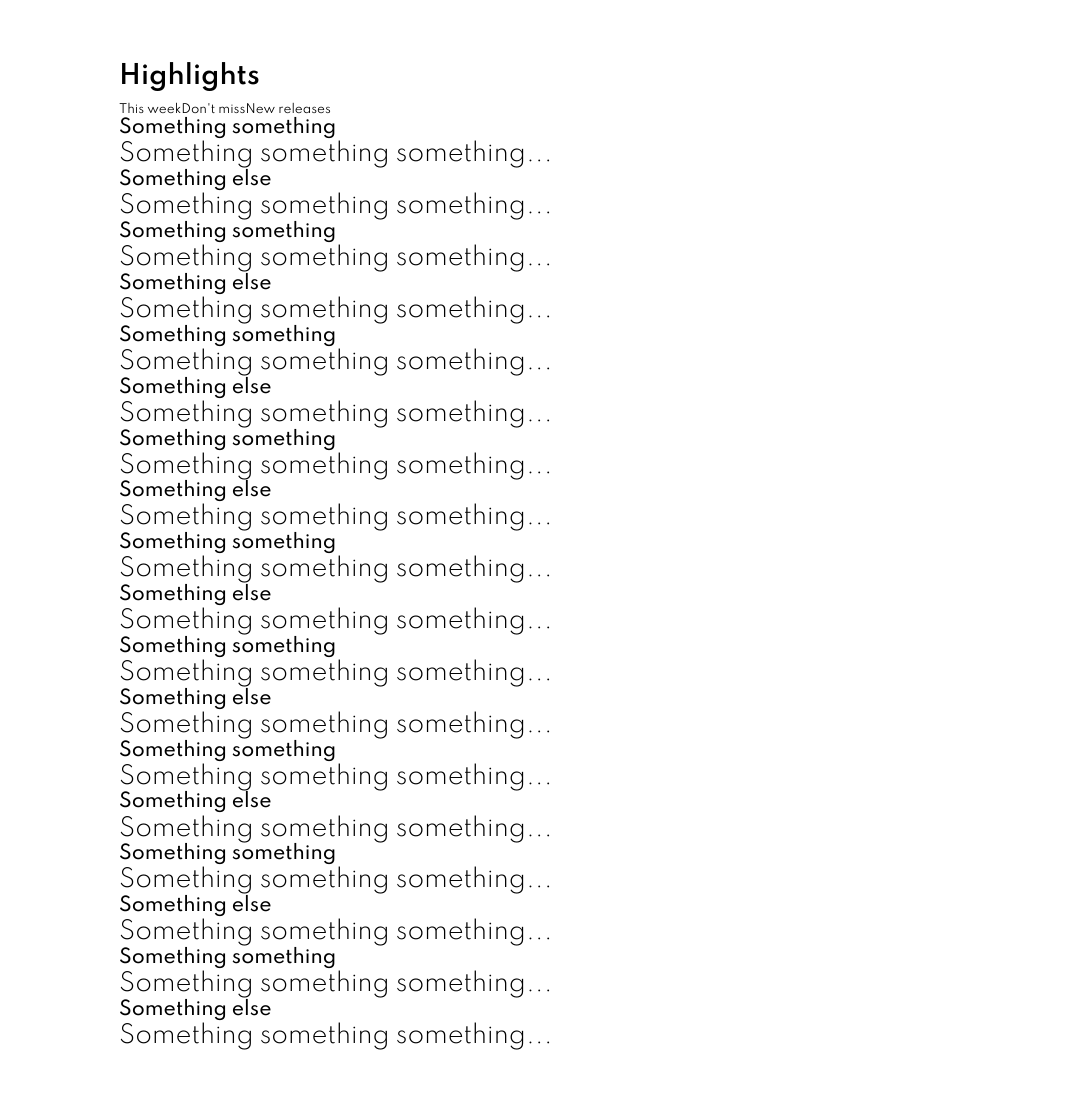
Repository: vvogt/fameworks_vv
Page: /
These files come from the project's save history. The page is drawn as it stood at one moment and after the next save; the edit follows.
The browser window is 1280 px wide. The pictures show the part of the page from y = 607 to 1903 px (the page is 1903 px tall), at 85% of full size.
Pictures or frames that could not be fetched are drawn as grey boxes. The project was rebuilt for these pictures with package versions that can differ from the ones it lists, and the page was loaded fresh each time. Also part of the build but not shown: src/components/NotFound.js. Imported but missing from the stored project, and not drawn on this page: src/assets/videos/seald_fullhd.mp4.

Above is the page before, as saved 2020-03-28 17:32:51.

After the next save:
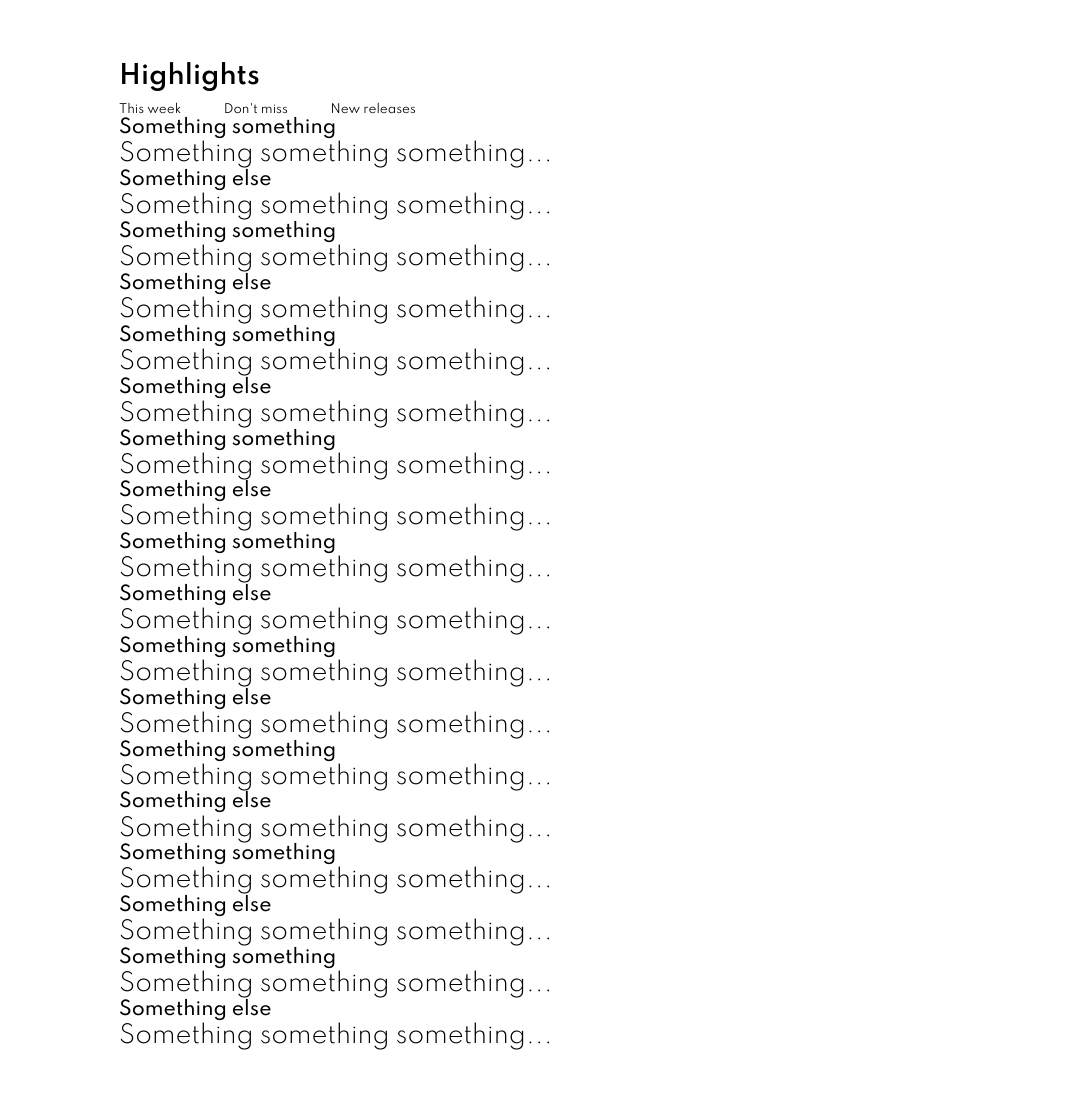
Saved 45 s later.
--- a/src/scss/_components.section.scss
+++ b/src/scss/_components.section.scss
@@ -10,6 +10,10 @@
          display: flex;
          flex-direction: row;
          -ms-flex-align: left;
+
+         li {
+            padding-right: 50px;
+         }
       }
    }
 
